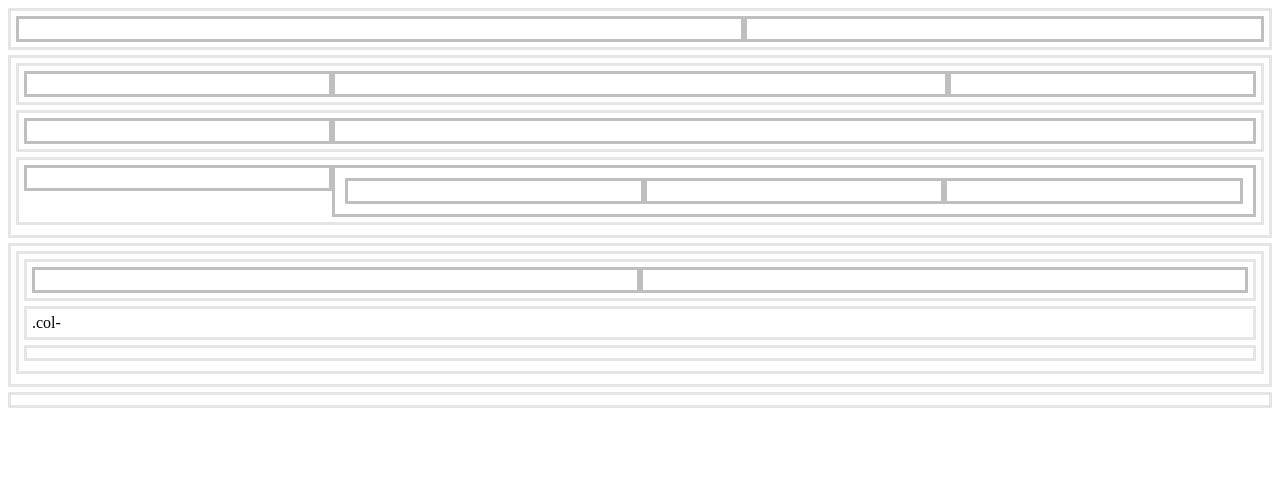
Repository: 0xbul1/biao-class-3
Page: practice/012-float-grid/index5.html
The author's editor kept a copy of each file at every save. The page is drawn from the files as they stood at one save, then again after a run of saves.
The browser window is 1280 px wide. The pictures show the whole page.

Above is the page before, as saved 2018-10-03 18:52:00.

After the next 2 saves:
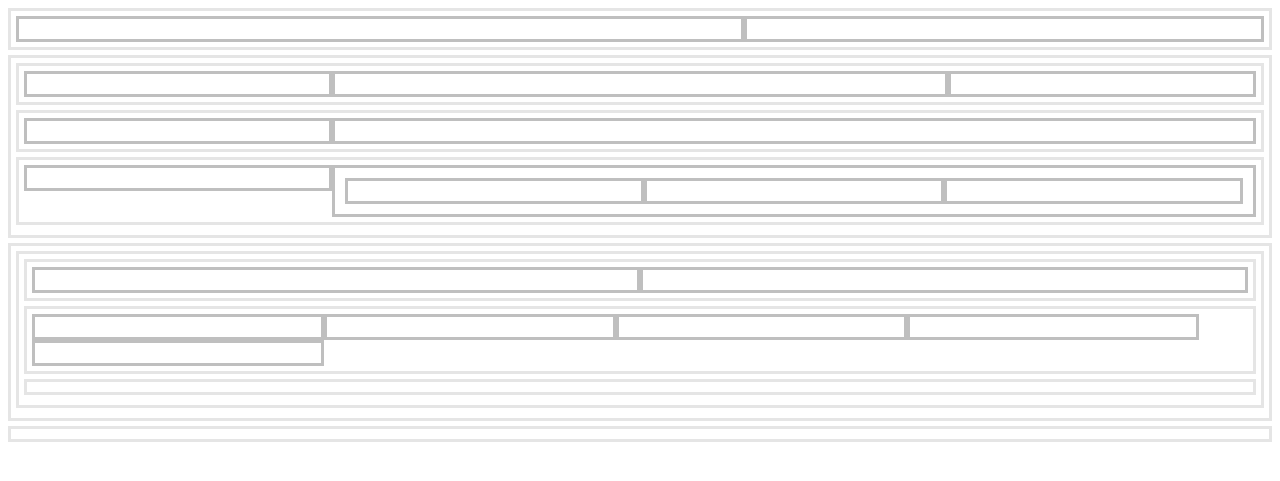
The 2 saves are shown as one change because they came seconds apart.
The last was saved 95 s later.
--- a/practice/012-float-grid/index5.html
+++ b/practice/012-float-grid/index5.html
@@ -18,6 +18,9 @@
     }
     .col-2 {
         width: 16.666666666666666%;
+    }
+    .col-2-5 {
+        width: 24%
     }
     .col-3 {
         width: 25%;
@@ -51,6 +54,7 @@
     }
     .col-1,
     .col-2,
+    .col-2-5,
     .col-3,
     .col-4,
     .col-5,
@@ -102,7 +106,11 @@
             <div class="col-6"></div>
         </div>
         <div class="row mid">
-            .col-
+            <div class="col-2-5"></div>
+            <div class="col-2-5"></div>
+            <div class="col-2-5"></div>
+            <div class="col-2-5"></div>
+            <div class="col-2-5"></div>
         </div>
         <div class="row bot"></div>
     </div>
